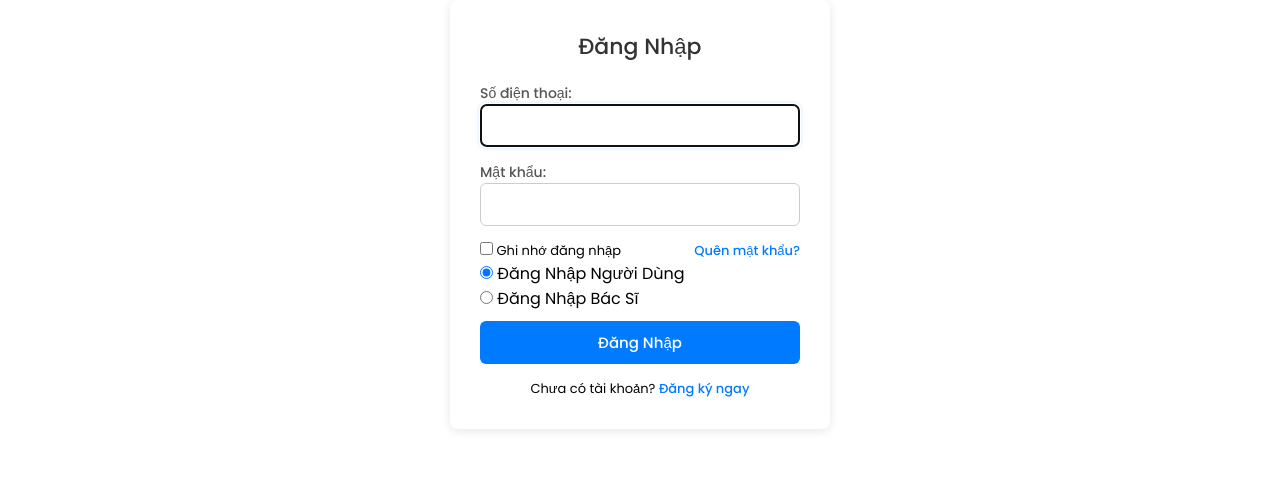
Repository: JonesKhaii/CodySocial
Page: http://localhost/login
The author's editor kept a copy of each file at every save. The page is drawn from the files as they stood at one save, then again after the next save.
The browser window is 1280 px wide. The pictures show the whole page.
The page is served by the project's Laravel application, run on PHP 8.4 with Laravel 12.

Above is the page before, as saved 2025-02-13 02:48:37.

After the next save:
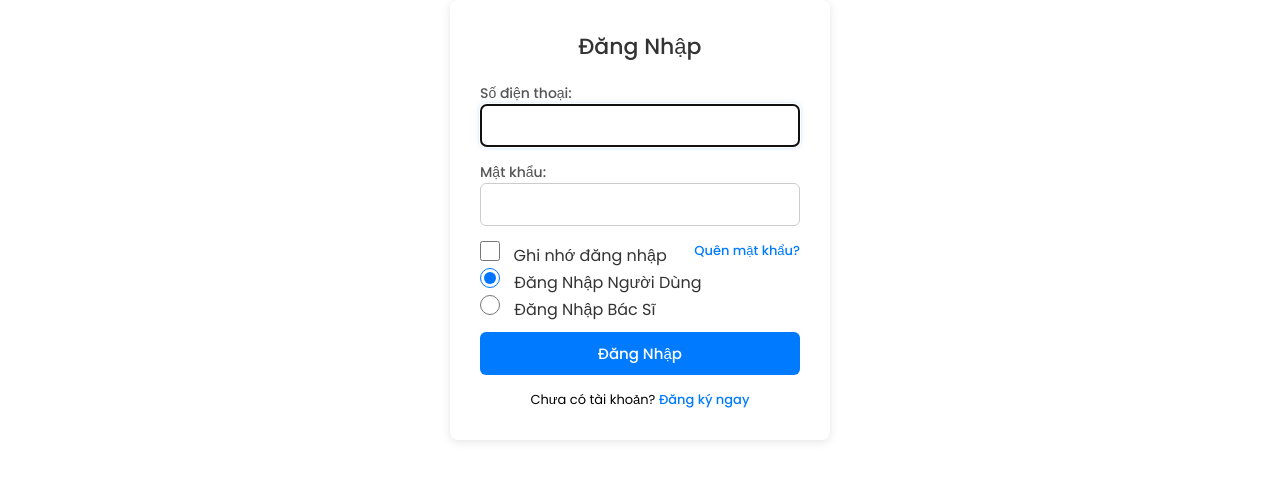
Saved 3 min 22 s later.
--- a/public/css/login.css
+++ b/public/css/login.css
@@ -110,3 +110,37 @@
 .footer-text a:hover {
     text-decoration: underline;
 }
+
+/* Định dạng cho checkbox và radio buttons */
+.form-check-input {
+    width: 20px; /* Đặt kích thước của checkbox và radio */
+    height: 20px;
+    border: 2px solid #007bff; /* Viền màu xanh */
+    border-radius: 50%; /* Để radio buttons có hình tròn */
+    transition: all 0.3s ease; /* Hiệu ứng chuyển động */
+}
+
+/* Thêm màu nền khi người dùng chọn */
+.form-check-input:checked {
+    background-color: #007bff; /* Màu nền khi được chọn */
+    border-color: #007bff; /* Đổi màu viền khi được chọn */
+}
+
+/* Thay đổi màu viền và làm nổi bật checkbox khi hover */
+.form-check-input:hover {
+    border-color: #0056b3; /* Đổi màu viền khi hover */
+    cursor: pointer; /* Thay đổi con trỏ khi hover */
+}
+
+/* Định dạng label của checkbox và radio buttons */
+.form-check-label {
+    font-size: 16px;
+    color: #333; /* Màu chữ */
+    margin-left: 10px; /* Cách đều giữa checkbox và chữ */
+}
+
+/* Thêm hiệu ứng cho radio buttons */
+.form-check-input:checked[type="radio"] {
+    background-color: #007bff;
+    border-color: #007bff;
+}
